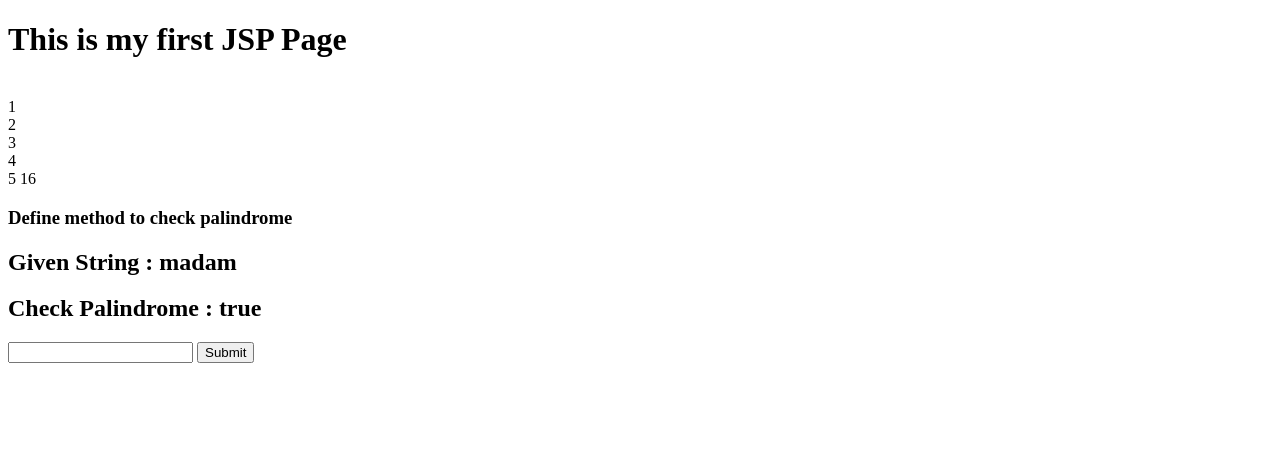
Repository: roshanpatil37407/Full_Stack_Java
Page: http://localhost/jsp/
The author's editor kept a copy of each file at every save. The page is drawn from the files as they stood at one save, then again after the next save.
The browser window is 1280 px wide. The pictures show the whole page.
The page is served by Tomcat 9.

Above is the page before, as saved 2025-10-01 07:23:39.

### jsp/src/main/webapp/index.jsp
<%@ page language="java" contentType="text/html; charset=ISO-8859-1" pageEncoding="ISO-8859-1"%>
<!DOCTYPE html>
<html>
<head>
    <meta charset="ISO-8859-1">
    <title>My First JSP Page</title>
</head>
<body>

<h1>This is my first JSP Page</h1>

<%-- Scriptlet tag --%>
<%
    int i = 1;
    while (i <= 5) {
        out.print("<br>" + i);
        i++;
    }
%>

<%-- Declaration tag --%>
<%!
    int n = 5;
    public int sq(int n) {
        return n * n;
    }
%>

<%= sq(4) %>

<%
    String str = "madam";
%>

<h3>Define method to check palindrome</h3>

<%!
    public boolean isPalindrome(String str) {
        StringBuilder rev = new StringBuilder();
        for (int i = str.length() - 1; i >= 0; i--) {
            rev.append(str.charAt(i));
        }
        return str.equals(rev.toString());
    }
%>

<h2>Given String : <%= str %></h2>
<h2>Check Palindrome : <%= isPalindrome(str) %></h2>


<form action="pal.jsp">
<input type="text" name="num">
<input type="submit" name="submit">
</form>


</body>
</html>

After the next save:
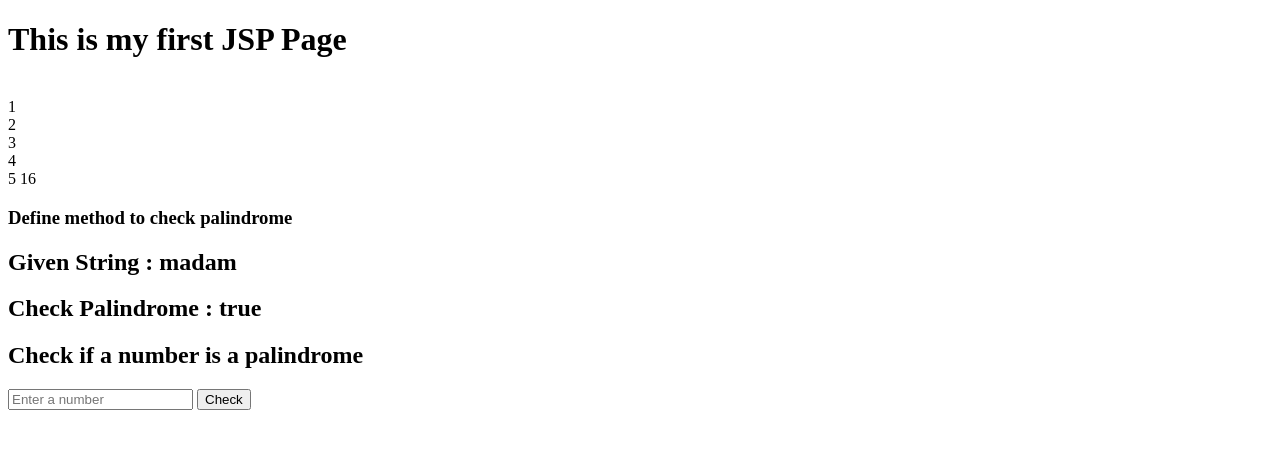
Saved 20 s later.
--- a/jsp/src/main/webapp/index.jsp
+++ b/jsp/src/main/webapp/index.jsp
@@ -48,9 +48,11 @@
 <h2>Check Palindrome : <%= isPalindrome(str) %></h2>
 
 
-<form action="pal.jsp">
-<input type="text" name="num">
-<input type="submit" name="submit">
+<h2>Check if a number is a palindrome</h2>
+
+<form action="pal.jsp" method="get">
+    <input type="text" name="num" placeholder="Enter a number">
+    <input type="submit" value="Check">
 </form>
 
 
